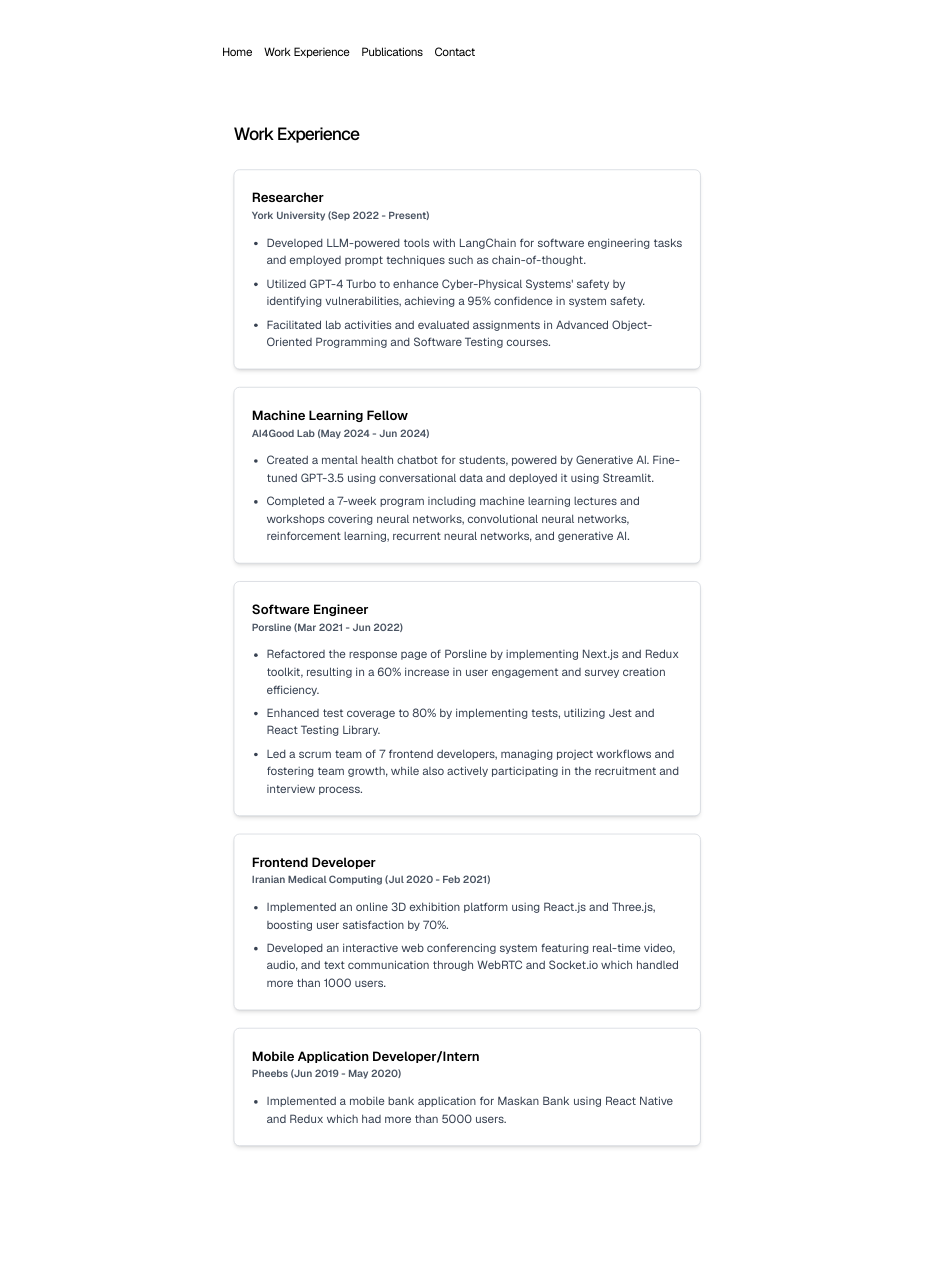
Repository: kimixz/kimixz.github.io
Page: /work
The author's editor kept a copy of each file at every save. The page is drawn from the files as they stood at one save, then again after the next save.
The browser window is 1280 px wide. The pictures show the whole page, at 73% of full size.
The project was rebuilt for these pictures with package versions that can differ from the ones it lists, and the page was loaded fresh each time. Some packages were replaced by stand-ins written for this rebuild. The framework's server and built-in components were replaced by stand-ins that run in the browser. Also part of the build but not shown: next.config.mjs, app/blog/[slug]/sandpack.tsx.

Above is the page before, as saved 2024-07-28 16:55:06.

After the next save:
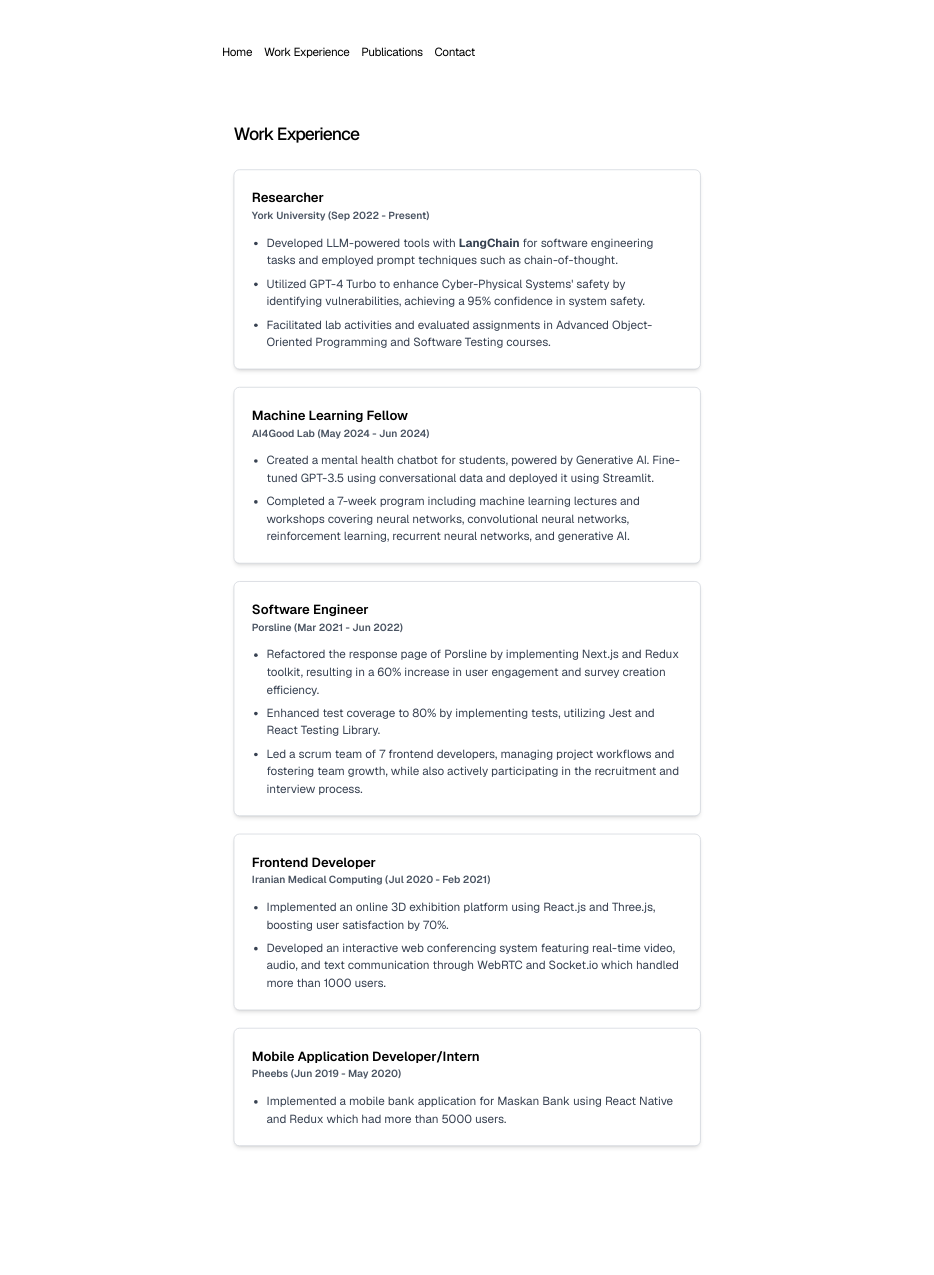
Saved 25 s later.
--- a/app/work/page.tsx
+++ b/app/work/page.tsx
@@ -10,7 +10,7 @@
             <span className="block text-sm text-gray-600 dark:text-gray-400">York University (Sep 2022 - Present)</span>
           </h2>
           <ul className="list-disc ml-5 text-gray-700 dark:text-gray-300 space-y-2">
-            <li>Developed LLM-powered tools with LangChain for software engineering tasks and employed prompt techniques such as chain-of-thought.</li>
+            <li>Developed LLM-powered tools with <strong>LangChain</strong> for software engineering tasks and employed prompt techniques such as chain-of-thought.</li>
             <li>Utilized GPT-4 Turbo to enhance Cyber-Physical Systems' safety by identifying vulnerabilities, achieving a 95% confidence in system safety.</li>
             <li>Facilitated lab activities and evaluated assignments in Advanced Object-Oriented Programming and Software Testing courses.</li>
           </ul>
